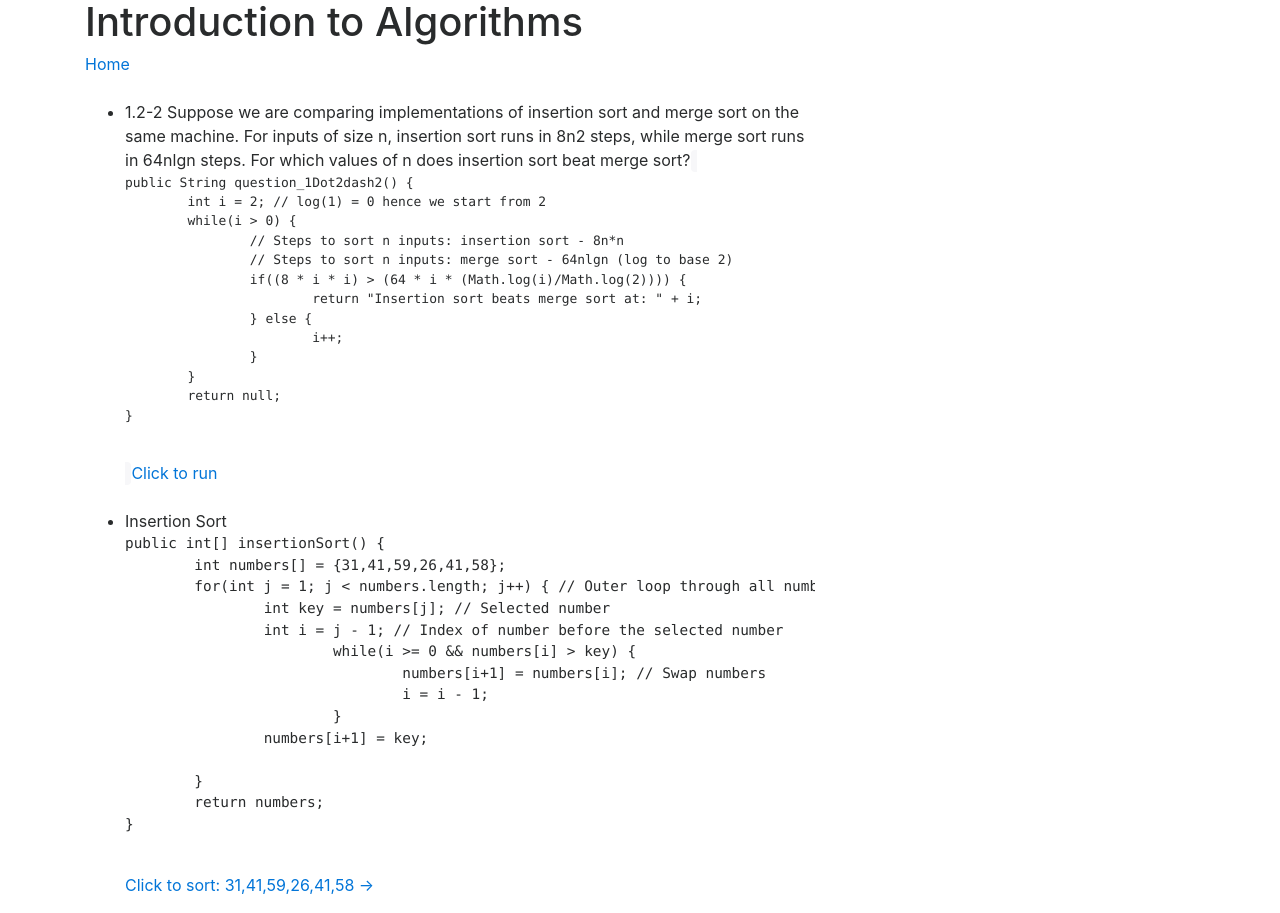
Repository: baltejas/algorithms
Page: http://localhost/algorithms/WEB-INF/views/index.jsp
These files come from the project's save history. The page is drawn as it stood at one moment and after the next save; the edit follows.
The browser window is 1280 px wide. The pictures show the whole page.
The page is served by Tomcat 9. Nobody is signed in. Other server files are loaded and not shown. The template is opened directly, without the code that normally fills it, so the values that code supplies are empty.

Above is the page before, as saved 2017-05-07 00:43:05.

### algorithms/src/main/webapp/WEB-INF/views/index.jsp
<html>
	<head>
		<link rel="stylesheet" href="resources/css/bootstrap.css">
	</head>
	<body>
		<div class="container">
		<h1>Introduction to Algorithms</h1>
		<a href="/algorithms/list">Home</a>
			<div class="mt-4 row">
				<div class="col-md-8">
					<ul>
						<li>1.2-2 Suppose we are comparing implementations of insertion sort and merge sort on the same machine.
							For inputs of size n, insertion sort runs in 8n2 steps, while merge sort runs in 64nlgn steps.
							For which values of n does insertion sort beat merge sort?
								<code><pre>
public String question_1Dot2dash2() {
	int i = 2; // log(1) = 0 hence we start from 2
	while(i > 0) {
		// Steps to sort n inputs: insertion sort - 8n*n
		// Steps to sort n inputs: merge sort - 64nlgn (log to base 2)
		if((8 * i * i) > (64 * i * (Math.log(i)/Math.log(2)))) {
			return "Insertion sort beats merge sort at: " + i;
		} else {
			i++;
		}
	}
	return null;
}
								</pre></code>
						<a href="/algorithms/question_1Dot2dash2">Click to run</a>
						<label>${answer}</label>
						</li>

						<li class="mt-4">Insertion Sort
								<pre>
public int[] insertionSort() {
	int numbers[] = {31,41,59,26,41,58};
	for(int j = 1; j < numbers.length; j++) { // Outer loop through all numbers
		int key = numbers[j]; // Selected number
		int i = j - 1; // Index of number before the selected number
			while(i >= 0 && numbers[i] > key) {
				numbers[i+1] = numbers[i]; // Swap numbers
				i = i - 1;
			}
		numbers[i+1] = key;

	}
	return numbers;
}
								</pre>
						<a href="/algorithms/insertionSort">Click to sort: 31,41,59,26,41,58  -> </a>
						<label>${sorted}</label>
						</li>

					</ul>
				</div>
			</div>
		</div>
	</body>
</html>

Loaded but not shown: algorithms/src/main/webapp/resources/css/bootstrap.css (library)

After the next save:
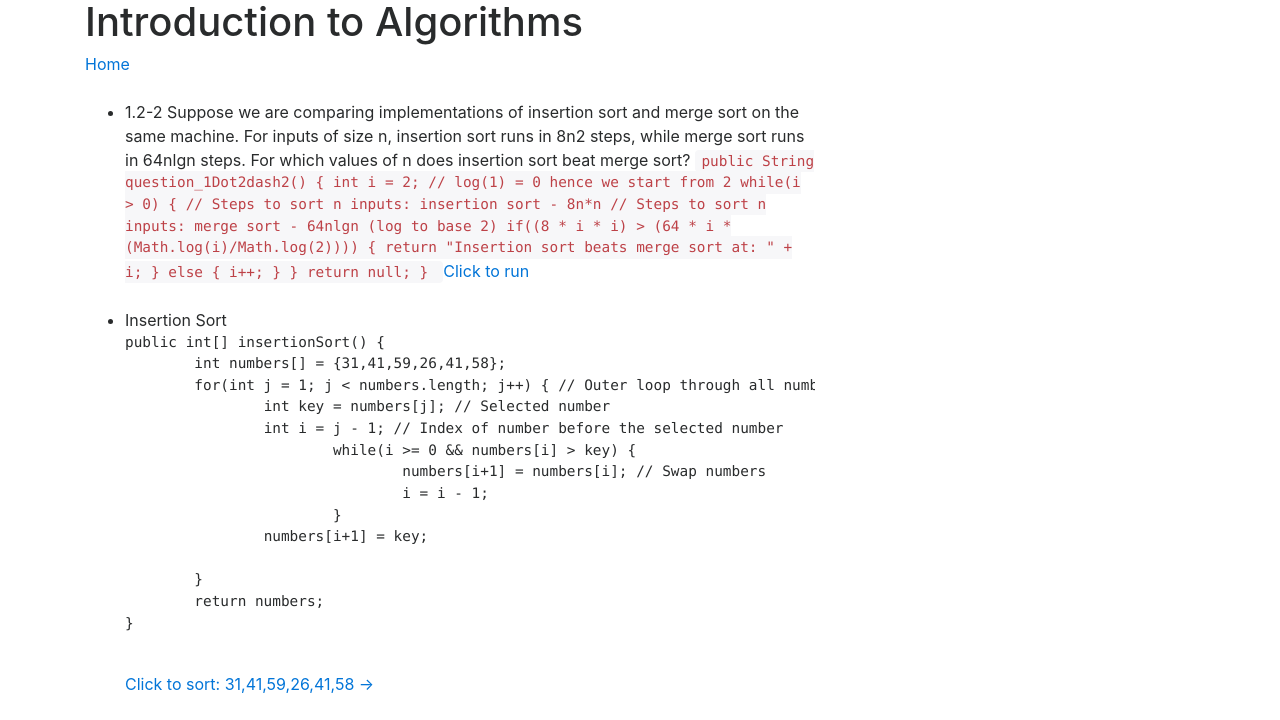
Saved 14 s later.
--- a/algorithms/src/main/webapp/WEB-INF/views/index.jsp
+++ b/algorithms/src/main/webapp/WEB-INF/views/index.jsp
@@ -12,7 +12,7 @@
 						<li>1.2-2 Suppose we are comparing implementations of insertion sort and merge sort on the same machine.
 							For inputs of size n, insertion sort runs in 8n2 steps, while merge sort runs in 64nlgn steps.
 							For which values of n does insertion sort beat merge sort?
-								<code><pre>
+								<code>
 public String question_1Dot2dash2() {
 	int i = 2; // log(1) = 0 hence we start from 2
 	while(i > 0) {
@@ -26,7 +26,7 @@
 	}
 	return null;
 }
-								</pre></code>
+								</code>
 						<a href="/algorithms/question_1Dot2dash2">Click to run</a>
 						<label>${answer}</label>
 						</li>

After the save that followed:
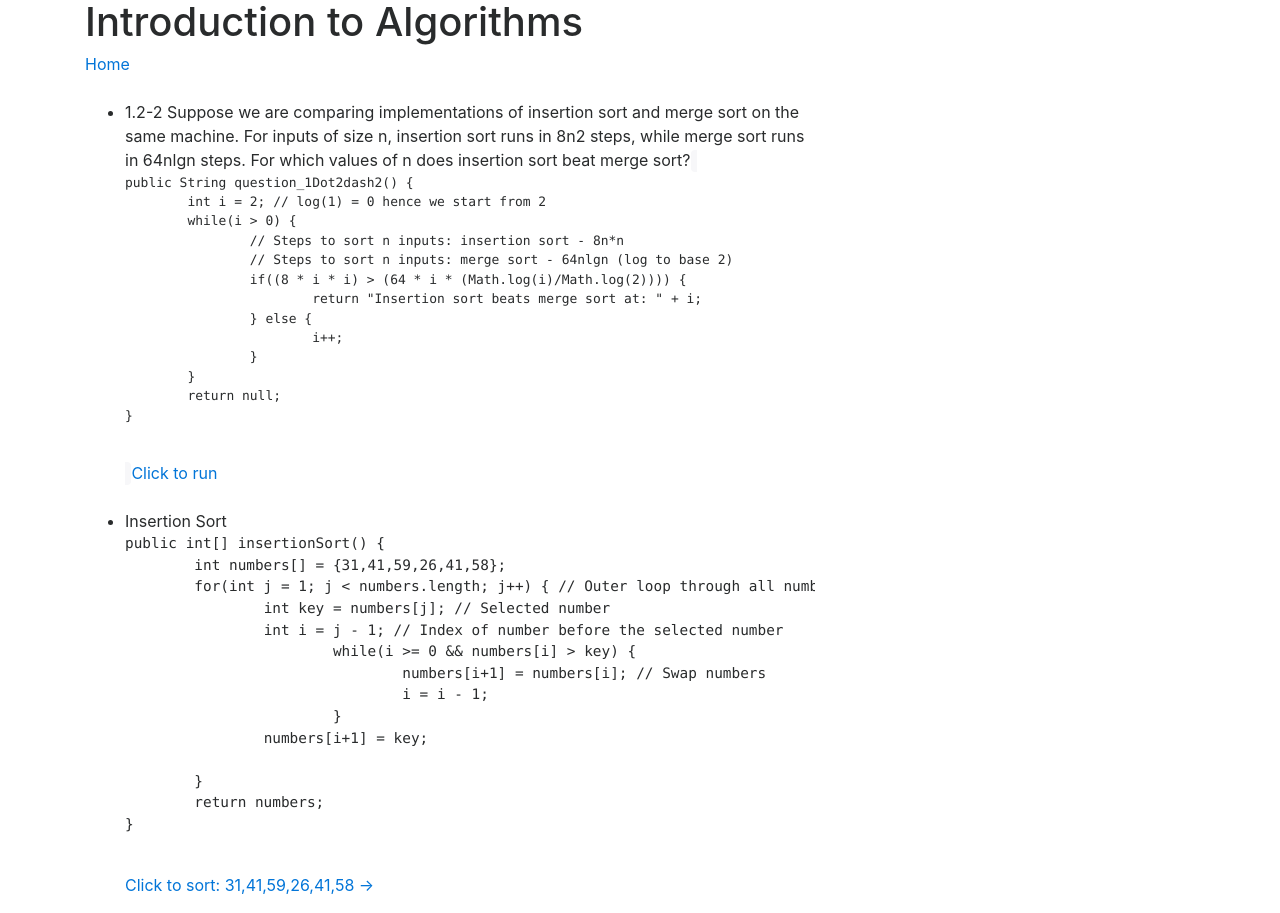
Saved 6 s later.
--- a/algorithms/src/main/webapp/WEB-INF/views/index.jsp
+++ b/algorithms/src/main/webapp/WEB-INF/views/index.jsp
@@ -12,7 +12,7 @@
 						<li>1.2-2 Suppose we are comparing implementations of insertion sort and merge sort on the same machine.
 							For inputs of size n, insertion sort runs in 8n2 steps, while merge sort runs in 64nlgn steps.
 							For which values of n does insertion sort beat merge sort?
-								<code>
+								<code><pre>
 public String question_1Dot2dash2() {
 	int i = 2; // log(1) = 0 hence we start from 2
 	while(i > 0) {
@@ -26,7 +26,7 @@
 	}
 	return null;
 }
-								</code>
+								</pre></code>
 						<a href="/algorithms/question_1Dot2dash2">Click to run</a>
 						<label>${answer}</label>
 						</li>
